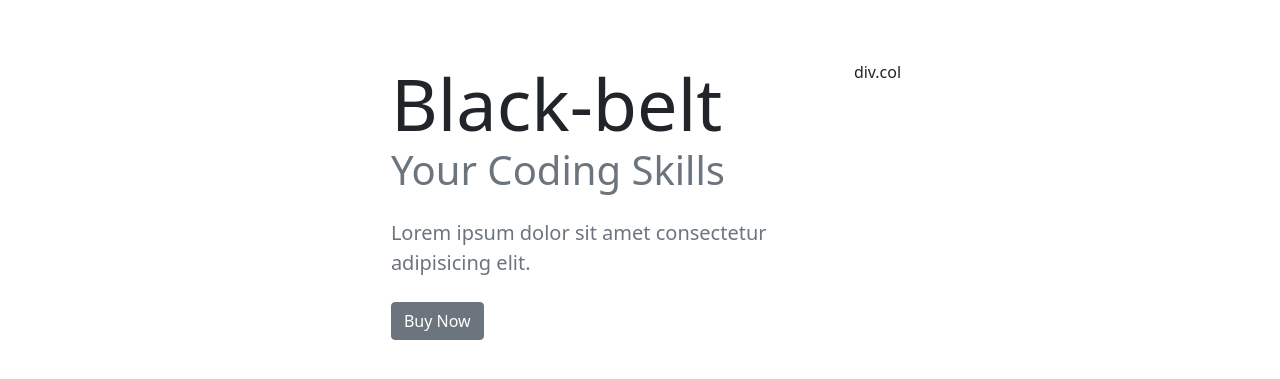
Repository: rihebtlh/catty-storefront
Page: index.html
The author's editor kept a copy of each file at every save. The page is drawn from the files as they stood at one save, then again after a run of saves.
The browser window is 1280 px wide. The pictures show the whole page.

Above is the page before, as saved 2025-06-17 16:42:14.

### index.html
<!DOCTYPE html>
<html lang="en">
<head>
    <meta charset="UTF-8">
    <meta name="viewport" content="width=device-width, initial-scale=1.0">
    <link href="https://cdn.jsdelivr.net/npm/bootstrap@5.0.2/dist/css/bootstrap.min.css" rel="stylesheet" integrity="sha384-EVSTQN3/azprG1Anm3QDgpJLIm9Nao0Yz1ztcQTwFspd3yD65VohhpuuCOmLASjC" crossorigin="anonymous">
    <title>catty</title>
    <style>
        section{
            padding: 60px 0;
        }
    </style>
</head>
<body>
    <!--Navbar-->
    <!--Main image &intro text-->
    <section id="intro">
        <div class="container-lg">
            <div class="row justify-content-center">
                <div class="col-md-5 text-center text-md-start">
                    <h1>
                        <div class="display-2">Black-belt</div>
                        <div class="diplay-5 text-muted">Your Coding Skills</div>
                    </h1>
                    <p class="lead my-4 text-muted">Lorem ipsum dolor sit amet consectetur adipisicing elit.</p>
                    <a href="#pricing" class = "btn btn-secondary btn-large">Buy Now</a>
                </div>
                div.col
            </div>
        </div>
    </section>
    <!--pricing plans-->
    <!--topics at a glance-->
    <script src="https://cdn.jsdelivr.net/npm/bootstrap@5.0.2/dist/js/bootstrap.bundle.min.js" integrity="sha384-MrcW6ZMFYlzcLA8Nl+NtUVF0sA7MsXsP1UyJoMp4YLEuNSfAP+JcXn/tWtIaxVXM" crossorigin="anonymous"></script>
</body>
</html>

After the next 3 saves:
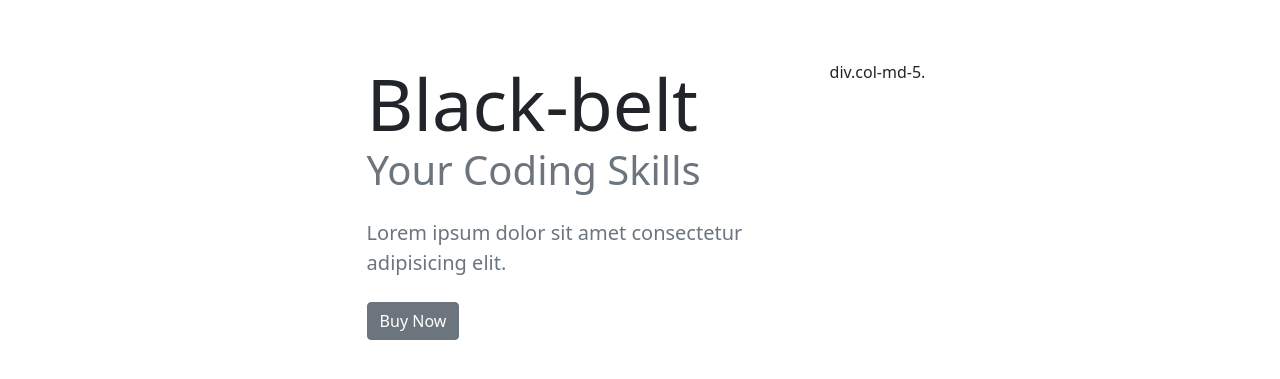
The 3 saves are shown as one change because they came seconds apart.
The last was saved 6 s later.
--- a/index.html
+++ b/index.html
@@ -25,7 +25,7 @@
                     <p class="lead my-4 text-muted">Lorem ipsum dolor sit amet consectetur adipisicing elit.</p>
                     <a href="#pricing" class = "btn btn-secondary btn-large">Buy Now</a>
                 </div>
-                div.col
+                div.col-md-5.
             </div>
         </div>
     </section>
